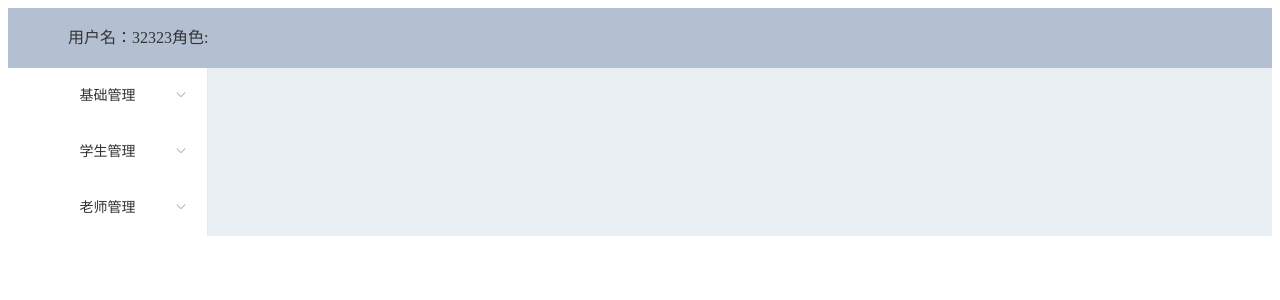
Repository: lwm9704/school-front
Page: /#/home
These files come from the project's save history. The page is drawn as it stood at one moment and after the next save; the edit follows.
The browser window is 1280 px wide. The pictures show the whole page.
Pictures or frames that could not be fetched are drawn as grey boxes. The project was rebuilt for these pictures with package versions that can differ from the ones it lists, and the page was loaded fresh each time. Also part of the build but not shown: src/view/login.vue.

Above is the page before, as saved 2021-11-15 15:39:27.

### src/main.js
// The Vue build version to load with the `import` command
// (runtime-only or standalone) has been set in webpack.base.conf with an alias.
import Vue from 'vue'
import App from './App'
import router from './router'
import ElementUI from 'element-ui'
import 'element-ui/lib/theme-chalk/index.css'
import Vuex from 'vuex'

Vue.config.productionTip = false
Vue.use(ElementUI)
Vue.use(Vuex)

/* eslint-disable no-new */
new Vue({
  el: '#app',
  router,
  components: { App },
  template: '<App/>'
})

### src/router/index.js

import Vue from 'vue'
import Router from 'vue-router'
import Login from '@/view/login'
import Home from '../view/home'


Vue.use(Router)

export default new Router({
  routes: [
    {
      path: '/',
      redirect: '/login',
    },
    {
      path: '/login',
      name: 'login',
      component: Login
    },
    {
      path: '/home',
      name: 'home',
      component: Home,
      children: [
        {
          path: '/user',
          name: 'user',
          component: () => import('@/view/user')
        },
        {
          path: '/code',
          name: 'code',
          component: () => import('@/view/code')
        },
        {
          path: '/course',
          name: 'course',
          component: () => import('@/view/course')
        },
        {
          path: '/grade',
          name: 'grade',
          component: () => import('@/view/grade')
        },
        {
          path: '/lecture',
          name: 'lecture',
          component: () => import('@/view/lecture')
        },
        {
          path: '/member',
          name: 'member',
          component: () => import('@/view/member')
        },
        {
          path: '/score',
          name: 'score',
          component: () => import('@/view/score')
        },
        {
          path: '/teaching',
          name: 'teaching',
          component: () => import('@/view/teaching')
        }
      ]
    },

  ]
})

### src/view/home.vue
<template>
  <el-container>
    <el-header>
      <div class="header">
        <myHeader></myHeader>
      </div>
    </el-header>
    <el-container>
      <el-aside width="200px" class="Aside">
        <leftMenu></leftMenu>
      </el-aside>
      <el-container>
        <el-main>
          <router-view></router-view>
        </el-main>
      </el-container>
    </el-container>
  </el-container>
</template>
<script>
import req from "../js/home";
import leftMenu from "../components/leftMenu";
import myHeader from "../components/myHeader";
export default {
  components: {
    leftMenu,
    myHeader,
  },

  methods: {
    // handlerSelect(key, path) {
    //   console.log(key, path);
    //   // console.log(this.$route.path)
    //   if (path !== this.$route.path) {
    //     this.$router.replace({ path: path});
    //     // this.$router.push({path: key, query: {}})
    //   }
    //   // this.$router.push({name: key, params: {}})
    //   console.log(key);
    //   console.log(path);
    // },
    //侧边栏的方法
    handleOpen(key, keyPath) {
      console.log(key, keyPath);
    },
    handleClose(key, keyPath) {
      console.log(key, keyPath);
    },
  },
  mounted() {},
};
</script>
<style lang="scss" scoped>
.el-header,
.el-footer {
  background-color: #b3c0d1;
  color: #333;
  text-align: center;
  line-height: 60px;
}

.el-aside {
  background-color: #d3dce6;
  color: #333;
  text-align: center;
  line-height: 200px;
}

.el-main {
  background-color: #e9eef3;
  color: #333;
  text-align: center;
  line-height: 160px;
}

body > .el-container {
  margin-bottom: 40px;
}
</style>

### src/js/home.js
import req from "../fect/rquestConfig";

const config = {
    getUserInfo: {
        url: '/user/selectOfCondition',
        method: 'get'
    },
}
const request = function (funcName, requestParam) {
    return req(config[funcName].url, config[funcName].method, requestParam, {}, config[funcName].fileConfig)
}
export default request

### src/components/leftMenu.vue
<template>
  <div>
    <el-menu class="el-menu-vertical-demo" :default-active="this.$router.path" router @open="handleOpen" @close="handleClose" >
      <el-submenu v-for="(item,index) in menuList" :index="index+''" :key="item.labe" >
        <template slot="title">{{item.labe}}</template>
        <div v-if="item.children">
          <el-menu-item
            v-for="items in item.children"
            :index="items.path"
            :key="items.path"
          >
            <template slot="title">
              {{items.labe}}
              </template>
          </el-menu-item>
        </div>
      </el-submenu>
    </el-menu>
  </div>
</template>

<script>
// import router from 'vue-router'
export default {
  name: "leftMenu",
  props: [],
  data() {
    return {
      menuList: [
        {
          index: '1',
          labe: "基础管理",
          children: [
            {
              index: '1 - 1',
              labe: "编码管理",
              path: "/code"
            },
            {
              index: '1 - 2',
              labe: "用户管理",
              path: "/user"
            },
            {
              index: '1 - 3',
              labe: "班级管理",
              path: "/grade"
            },
            {
              index: '1 - 4',
              labe: "课程管理",
              path: "/course"
            }
          ]
        },
        {
          index: '2',
          labe: "学生管理",
          children: [
            {
              index: '2 - 1',
              labe: "学生家庭成员管理",
              path: "/member"
            },
            {
              index: '2 - 2',
              labe: "考试成绩管理",
              path: "/score"
            }
          ]
        },
        {
          index: '3',
          labe: "老师管理",
          children: [
            {
              index: '3 - 1',
              labe: "教学管理",
              path: "/teaching"
            },
            {
              index: '3 - 2',
              labe: "授课管理",
              path: "/lecture"
            }
          ]
        }
      ]
    };
  },
  methods: {
    // handlerSelect(key, path) {
      // console.log(key,path)
      // if (path !== this.$route.path) {
      //   this.$router.replace({path:'path'});
      //   // this.$router.push({path: key, query: {}})
      // }
      // // this.$router.push({name: key, params: {}})
      // console.log(key);
      // console.log(path);
      // this.$emit('select', key,path);
    // },
    handleOpen(key, keyPath) {
      console.log(key, keyPath);
    },
    handleClose(key, keyPath) {
      console.log(key, keyPath);
    }
  }
};
</script>

<!-- Add "scoped" attribute to limit CSS to this component only -->
<style scoped>
</style>

### src/components/myHeader.vue
<template>
  <div class="myHeader">
    <div class="userInfo">
      <div class="avatar">
        <el-avatar
          src="https://cube.elemecdn.com/0/88/03b0d39583f48206768a7534e55bcpng.png"
        ></el-avatar>
      </div>
      <div class="charInfo">
        <span>用户名：{{userInfo.account}}</span>
        <span>角色:{{userInfo.role}}</span>
      </div>
    </div>
  </div>
</template>
<script>
export default {
  name: "myHeader",
  props: [],
  data() {
    return {
      userInfo: {
        userId: "3232",
        account: "32323",
        role: "",
      },
    };
  },
  methods: {
    getUserInfo() {},
  },
  mounted() {
    this.getUserInfo();
  },
};
</script>
<style lang="scss" scoped>
.userInfo {
    display: flex;
    flex-direction: row;
    .avatar{
      margin-top: 10%;
    }
}
</style>

### src/fect/rquestConfig.js
import axios from 'axios'
import { throwErr } from './throwErr'

// const urlHead = 'http://305o99f251.wicp.vip'
const urlHead = 'http://localhost:9000'
const qs = require('qs')

/**
 *
 * @param {String} url 请求路径
 * @param {String} method 请求方法
 * @param {Object} params 请求参数
 * @param {Object} requestHeader 请求头
 * @param {Object} fileConfig ---> {type, fileName} 导出配置 ---> 导出类型, 文件名称
 */
const req = function (url, method, params, requestHeader, fileConfig = {}) {
    let instance = axios.create({
        baseURL: urlHead,
        timeout: 60000
    })

    // 添加请求拦截器
    instance.interceptors.request.use(config => {
        return config
    }, error => {
        return Promise.reject(error)
    })

    let requestConfig = {
        url: url,
        method: method,
        //将header、params、token复制到目标
        params: Object.assign({}, params, { access_token: JSON.parse(sessionStorage.getItem('userInfo')).access_token }),
        data: qs.stringify(Object.assign({}, params, { access_token: JSON.parse(sessionStorage.getItem('userInfo')).access_token })),
        headers: {},
        responseType: fileConfig.type === 'file' ? 'blob' : ''
    }

    let getReg = /get|GET/
    let postReg = /post|POST/

    let fileData = {}

    let timer = null

    // 请求类型为导出时，添加vuex状态管理，定时修改vuex对应记录，请求完成或者请求报错时，停止定时器
    if (fileConfig.type === 'file') {
        fileData = {
            fileId: new Date().getTime(),
            fileName: fileConfig.fileName,
            fileLoadTime: 0,
            fileStatus: 'downloading',
            errorInfo: '',
            fileUrl: null
        }

    }

    if (getReg.test(requestConfig.method)) {
        delete requestConfig.data
        requestConfig.headers['Content-Type'] = 'application/json'
    } else if (postReg.test(requestConfig.method)) {
        delete requestConfig.params
        requestConfig.headers['Content-Type'] = 'application/x-www-form-urlencoded'
    }

    // 添加响应拦截器
    instance.interceptors.response.use(response => {
        clearInterval(timer)
        timer = null

        if (response.status === 200) {
            if (fileConfig.type === 'file') {
                fileData.fileStatus = 'success'
                fileData.fileUrl = window.URL.createObjectURL(new Blob([response.data]))
                // store.commit('changeExportFileList', fileData)
            }

            return response.data
        } else {
            if (fileConfig.type === 'file') {
                fileData.fileStatus = 'error'
                // store.commit('changeExportFileList', fileData)
            }

            throw new Error(throwErr(response))
        }
    }, error => {
        clearInterval(timer)
        timer = null

        if (fileConfig.type === 'file') {
            fileData.fileStatus = 'error'
            // store.commit('changeExportFileList', fileData)
        }

        return Promise.reject(error)
    })

    return instance(requestConfig)
}

export default req

### src/fect/throwErr.js
// axios错误信息匹配
export const throwErr = (response) => {
    let message = '请求错误'
    switch (response.status) {
        case 400:
            message = '请求错误'
            break
        case 401:
            message = '未授权，请登录'
            break
        case 403:
            message = '拒绝访问'
            break
        case 404:
            message = `请求地址出错: ${response.config.url}`
            break
        case 408:
            message = '请求超时'
            break
        case 500:
            message = '服务器内部错误'
            break
        case 501:
            message = '服务未实现'
            break
        case 502:
            message = '网关错误'
            break
        case 503:
            message = '服务不可用'
            break
        case 504:
            message = '网关超时'
            break
        case 505:
            message = 'HTTP版本不受支持'
            break
        default:
    }
    return '错误码:' + response.status + ' ' + '错误信息:' + message
}

Loaded but not shown: index.html (common file); src/App.vue (common file)

After the next save:
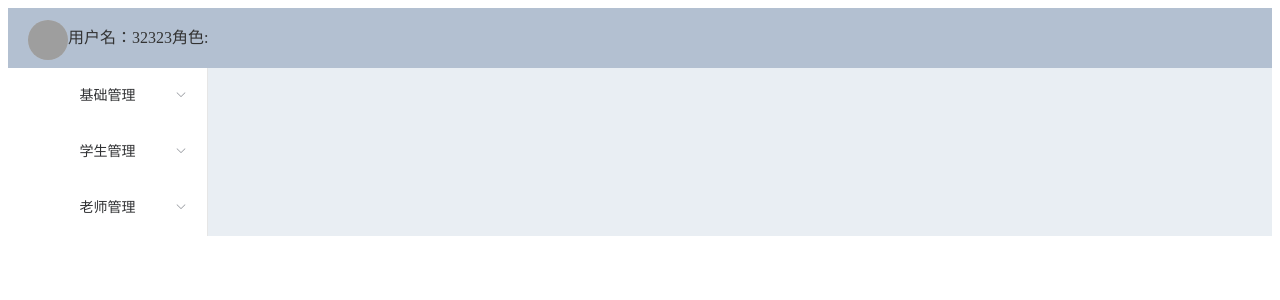
Saved 6 s later.
--- a/src/components/myHeader.vue
+++ b/src/components/myHeader.vue
@@ -39,7 +39,7 @@ export default {
     display: flex;
     flex-direction: row;
     .avatar{
-      margin-top: 10%;
+      margin-top: 1%;
     }
 }
 </style>
